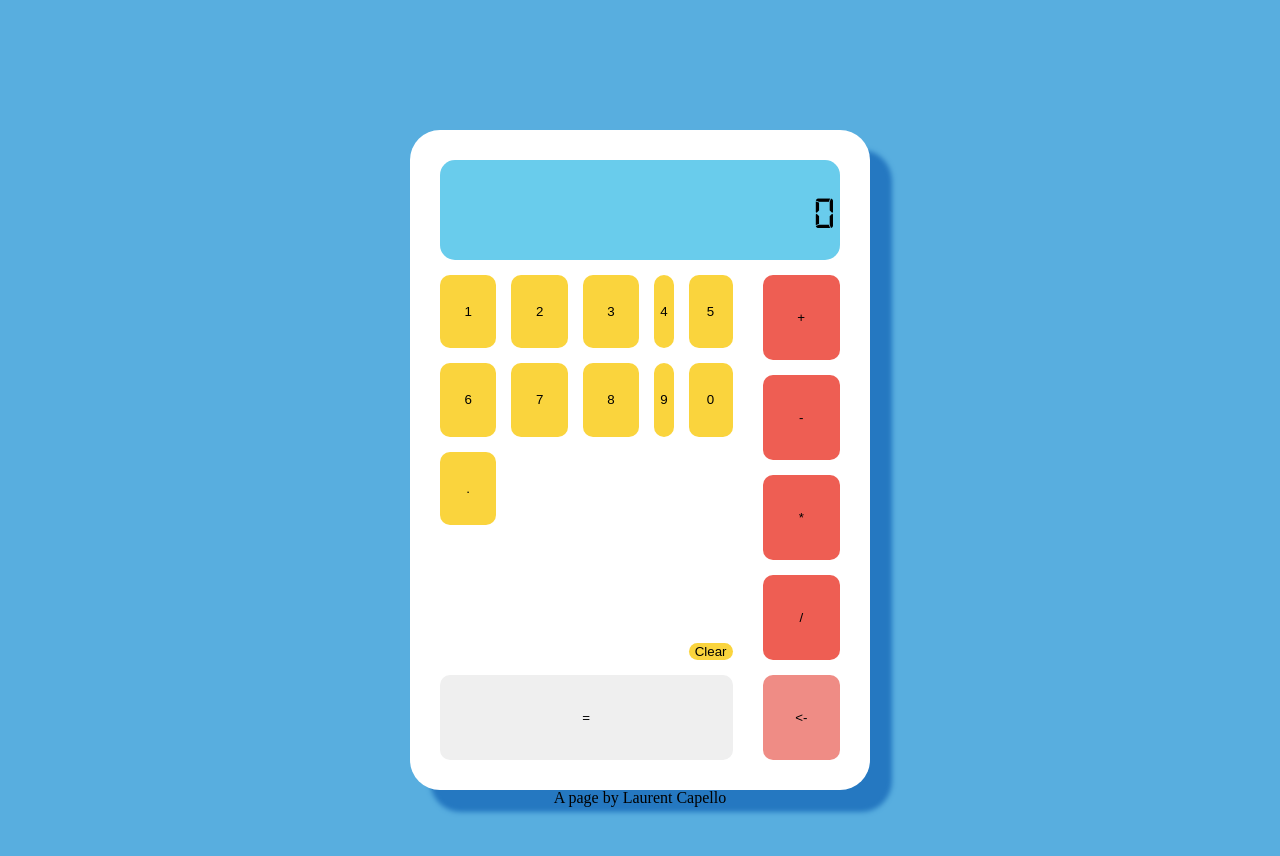
Repository: sokafootball/js-calculator
Page: index.html
An editor plug-in stored every save of this project. The page is shown before and after the next save, followed by the edit.
The browser window is 1280 px wide. The pictures show the whole page.

Above is the page before, as saved 2020-05-06 20:29:03.

### index.html
<html>
<head>
  <title>Javascript Calculator - By Laurent Capello</title>
  <link rel="stylesheet" type="text/css" href="reset.css">
  <link rel="stylesheet" type="text/css" href="style.css">
  <!--<link rel="stylesheet" type="text/css" href="wireframe.css">-->
  <link href="https://fonts.googleapis.com/css2?family=Barlow:wght@300&display=swap" rel="stylesheet">
</head>
<body>
<main id="main">
  <div id="calculator">
    <p id="display">0</p>
    <button id="backspace" class="button"><-</button>
    <div id="numpad">
      <button class="button num-button">1</button>
      <button class="button num-button">2</button>
      <button class="button num-button">3</button>
      <button class="button num-button">4</button>
      <button class="button num-button">5</button>
      <button class="button num-button">6</button>
      <button class="button num-button">7</button>
      <button class="button num-button">8</button>
      <button class="button num-button">9</button>
      <button class="button num-button">0</button>
      <button id="decimal-button" class="button">.</button>
      <button id="clear-button" class="button">Clear</button>
    </div>
    <button id="equal-button" class="button">=</button>
    <div id="operators">
      <button class="button operation-button">+</button>
      <button class="button operation-button">-</button>
      <button class="button operation-button">*</button>
      <button class="button operation-button">/</button>
    </div>

  </div>
</main>
<footer id="footer">
  <p>A page by <span id="signature">Laurent Capello</span></p>
</footer>
<div id="hidden-element" class="display-full" style="display: none"></div>
<script type="text/javascript" src="script.js"></script>
</body>
</html>

### style.css
@font-face {
  font-family: "calcFont";
  src: url("./fonts/digital-7/digital-7.ttf");
  }

:root {
  --row-gap: 15px;
}

body{
  align-items: center;
  background-color: hsl(202, 68%, 61%);
  display: flex;
  flex-direction: column;
  justify-content: space-between;
}

.display-full{
  animation-name: display-full;
  animation-duration: 0.3s;
}



#backspace{
  background-color: hsl(4, 77%, 73%);
  grid-area: backspace;
}

#calculator{
  background-color: white;
  border-radius: 30px;
  box-shadow: 21px 21px 5px 1px hsl(208, 68%, 45%);
  display: grid;
  gap: var(--row-gap) 30px;
  grid-template-areas:
    "display display display display"
    "numpad numpad numpad operators"
    "numpad numpad numpad operators"
    "numpad numpad numpad operators"
    "numpad numpad numpad operators"
    "equal equal equal backspace";
  grid-template-columns: repeat(4, 1fr);
  grid-template-rows: 100px repeat(5, 1fr); /*first row is fixed to stop the border animation from taking space from other rows*/
  height: 600px;
  margin-top: 130px;
  padding: 30px;
  width: 400px;
}

#calculator button{
  border-radius: 10px;
  border-width: 0px;
  outline: none;
}

#calc-top{
  margin-bottom: 40px;
}

#clear-button{
  background-color: hsl(38, 95%, 50%);
  grid-area: clear;
}

#display{
  background-color: hsl(195, 78%, 67%);
  border-radius: 15px;
  border-width: 0px;
  font-family: 'calcFont', sans-serif;
  font-size: 45px;
  grid-area: display;
  line-height: 95px;
  padding-right: 5px;
  text-align: right;
  vertical-align: middle;
}

#equal-button{
  grid-area: equal;
}

#footer{
  margin-bottom: 50px;
}

#numpad{
  display: grid;
  gap: var(--row-gap);
  grid-area: numpad;
  grid-template-columns: repeat(3, 1fr);
  grid-template-rows: repeat(4, 1fr);
}

#numpad button{
  background-color: hsl(48, 95%, 61%);
}
/*
#operators{
  display: flex;
  flex-direction: column;
  justify-content: space-evenly;
  grid-area: operators;
}
*/

#operators{
  display: grid;
  gap: var(--row-gap);
  grid-template-rows: repeat(4, 1fr);
  grid-area: operators;
}

#operators button{
  background-color: hsl(4, 82%, 63%);
  flex-grow: 1;
}

@keyframes display-full{
  0% {border: 1px solid black;}
  50% {
    border: 2px solid red;
    box-shadow: 0px 0px 6px 1px red;
    line-height: 93px;
    padding-right: 4px;
  }
  100% {border: 1px solid black;}
}

### script.js
/*
CODE BY LAURENT CAPELLO
*/

//#region STARTUP
const MAX_DISPLAY_LENGTH = 14
const MAX_DECIMALS = 3
const EXPONENTIAL_NOTATION_DIGITS = MAX_DISPLAY_LENGTH - 4 //4 digits are reserved for the exponential notation and the dot
let display = document.querySelector(`#display`)
let overwriteIsOn = true
let operation = null, operand1 = null, operand2 = null

addFunctionsToBtns()

function addFunctionsToBtns(){
	let numButtons = document.querySelectorAll(`.num-button`)
	numButtons = Array.from(numButtons)
	numButtons.forEach(button => {
		button.addEventListener(`click`, () => pressNumBtn(button.innerText))
	});

	let opButtons = document.querySelectorAll(`.operation-button`)
	opButtons = Array.from(opButtons)
	opButtons.forEach(button => {
		button.addEventListener(`click`, () => pressOperationBtn(button.innerText))
	});

	let equalButton = document.querySelector(`#equal-button`)
	equalButton.addEventListener(`click`, pressEqualBtn)

	let clearButton = document.querySelector(`#clear-button`)
	clearButton.addEventListener(`click`, pressClearBtn)

	let bckSpaceBtn = document.querySelector(`#backspace`)
	bckSpaceBtn.addEventListener(`click`, pressBackspaceBtn)

	let decimalBtn = document.querySelector(`#decimal-button`)
	decimalBtn.addEventListener(`click`, pressDecimalBtn)

	document.onkeydown = (e) => filterKeyPress(e)
}

function filterKeyPress(e){
	console.log(`key pressed`)
	if (e.which <= 105 && e.which >= 96){
		pressNumBtn(Number(e.key))
	} else if (e.which == 106 || e.which == 107 || e.which == 109 || e.which == 111) {
		pressOperationBtn(e.key)
	} else if (e.which == 13){
		pressEqualBtn()
	} else if (e.which == 110){
		pressDecimalBtn()
	} else if (e.which == 8){
		pressBackspaceBtn()
	}
}
//#endregion

//#region SUPPORT FUNCTIONS
function clear(){
	display.innerText = `0`
	operation = null
	operand1 = null
	operand2 = null
	overwriteIsOn = true
}

function displayNumber(num){
	if(num == 0 && display.innerText == `0`) return
  if(overwriteIsOn){
		if(num == `.`){
			display.innerText += num
		}else{
			display.innerText = num
		}
		overwriteIsOn = false
	}else{
		if(display.innerText.length >= MAX_DISPLAY_LENGTH){
			animateDisplay()
			return
		}
		display.innerText += num
	}
}

function displayResult(){
	operand1 = operate(operation, operand1, operand2)
	operand2 = null
	display.innerText = operand1
}

function saveNumber(){
	if(operation == null)
		operand1 =  Number(display.innerText)
	else operand2 =  Number(display.innerText)
}

function saveOperation(operationSign){
	operation = operationSign
	overwriteIsOn = true
}

function truncateDecimals(num){
	if((num % 1).toString().length > MAX_DECIMALS) return Number(num).toFixed(MAX_DECIMALS)
	return num
}

function truncateIntegers(num){
	if(num.toString().length <= MAX_DISPLAY_LENGTH) return num
	return num.toExponential(EXPONENTIAL_NOTATION_DIGITS)
}
//#endregion

//#region BUTTONS FUNCTIONS
function pressBackspaceBtn(){
	//if display length is 1
	if(display.innerText.length == 1){
		display.innerText = `0`
	}else{
		let displayArray = Array.from(display.innerText)
		displayArray.pop()
		display.innerText = displayArray.join(``)
	}
	saveNumber()
}

function pressDecimalBtn(){
	//add dot to the right of the number on display
	if (display.innerText.includes(`.`)) return
	displayNumber(`.`)
	saveNumber()
}

function pressClearBtn(){
	clear()
}

function pressEqualBtn(){
	if(operand1 != null && operand2 != null){
		displayResult()
		operation = null
		overwriteIsOn = true
		operand2 = null
	}else{
		operation = null
		overwriteIsOn = true
		operand2 = null
		display.innerText = operand1 == null ? `0` : operand1
	}
}

function pressNumBtn(num){
	displayNumber(Number(num))
	saveNumber()
}

function pressOperationBtn(operationSign){
	if (operation == null){
		saveOperation(operationSign)
	}else{
		if(operand1 != null && operand2 != null){
			displayResult()
		}
		saveOperation(operationSign)
	}
}
//#endregion

//#region MATH FUNCTIONS
function operate(operation, a, b){
	let result = null
	switch (operation){
		case `+`:
			operation = add
			break
		case `-`:
			operation = subtract
			break;
		case `*`:
			operation = multiply
			break
		case `/`:
			operation = divide
			break;
		default:
			console.log(`invalid operation`)
			return
	}
	result = Number(operation(a,b))
	result = truncateDecimals(result)
	result = truncateIntegers(result)
  return Number(result)
}

function add (...nums) {
	return nums.reduce((total, num) => {
		return total + num
	}, 0)
}

function subtract (...nums) {
	return nums.reduce((total, num) => {
		return total - num
	})
}

function sum (arr) {
	return add(...arr)
}

function divide (...nums){
	if (nums[1] == 0){
		console.log(`you can't divide by 0!`)
		clear()
		return 0
	}
	return nums.reduce((total, num) => total / num
	)
}

function multiply (...nums) {
	return nums.reduce((total, num) => {
		return total * num
	})
}
//#endregion

//#region DISPLAY ANIMATION FUNCTIONS
function convertDuration(durationString){
	let duration = Number(durationString.replace(`s`, ``))
	return duration * 1000
}

function animateDisplay(){
	let animDurationString = getComputedStyle(document.querySelector(`.display-full`)).animationDuration
	const ANIM_DURATION = convertDuration(animDurationString)
	display.classList.remove(`display-full`)
	display.classList.add(`display-full`)
	setTimeout(() => display.classList.remove(`display-full`), ANIM_DURATION);
}
//#endregion

Loaded but not shown: reset.css (common file)

After the next save:
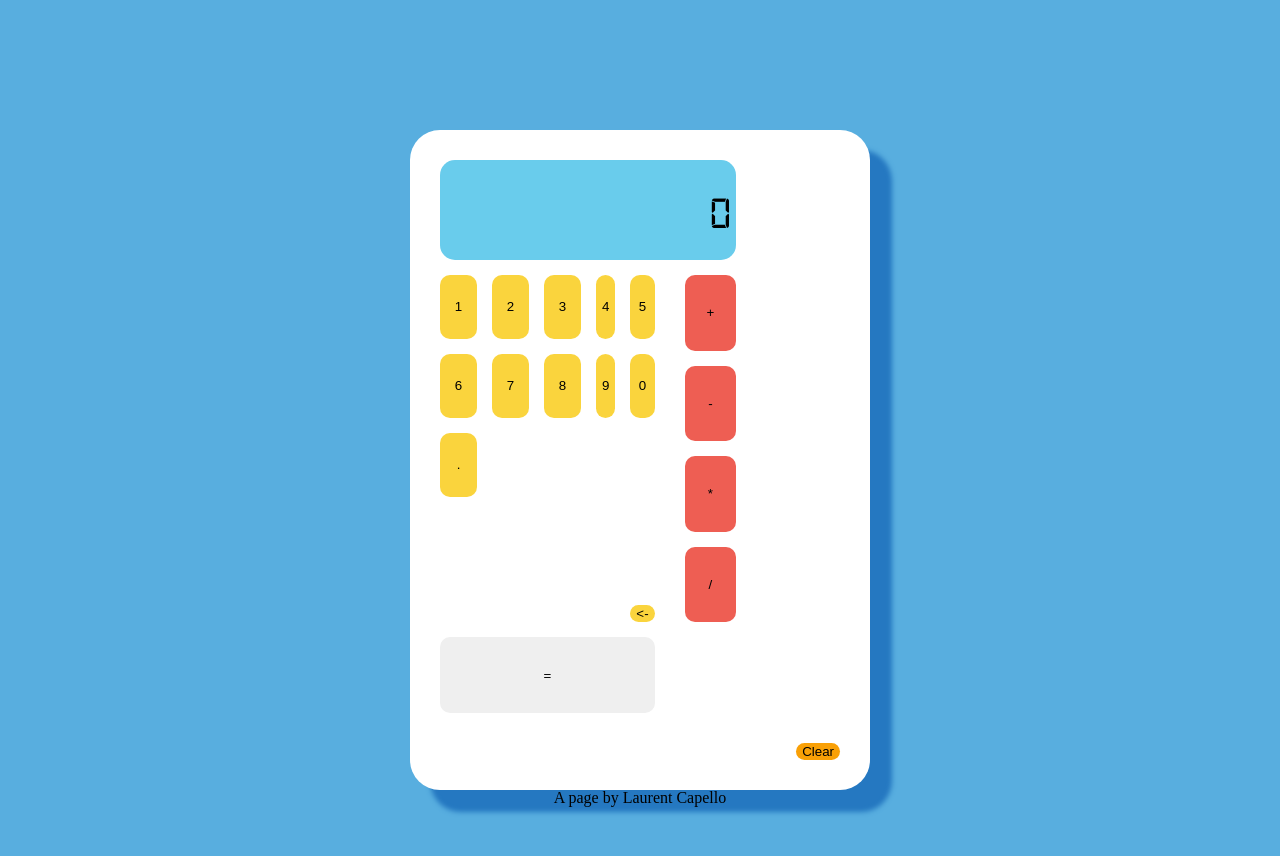
Saved 22 s later.
--- a/index.html
+++ b/index.html
@@ -10,7 +10,7 @@
 <main id="main">
   <div id="calculator">
     <p id="display">0</p>
-    <button id="backspace" class="button"><-</button>
+
     <div id="numpad">
       <button class="button num-button">1</button>
       <button class="button num-button">2</button>
@@ -23,7 +23,7 @@
       <button class="button num-button">9</button>
       <button class="button num-button">0</button>
       <button id="decimal-button" class="button">.</button>
-      <button id="clear-button" class="button">Clear</button>
+      <button id="backspace" class="button"><-</button>
     </div>
     <button id="equal-button" class="button">=</button>
     <div id="operators">
@@ -32,7 +32,7 @@
       <button class="button operation-button">*</button>
       <button class="button operation-button">/</button>
     </div>
-
+    <button id="clear-button" class="button">Clear</button>
   </div>
 </main>
 <footer id="footer">
